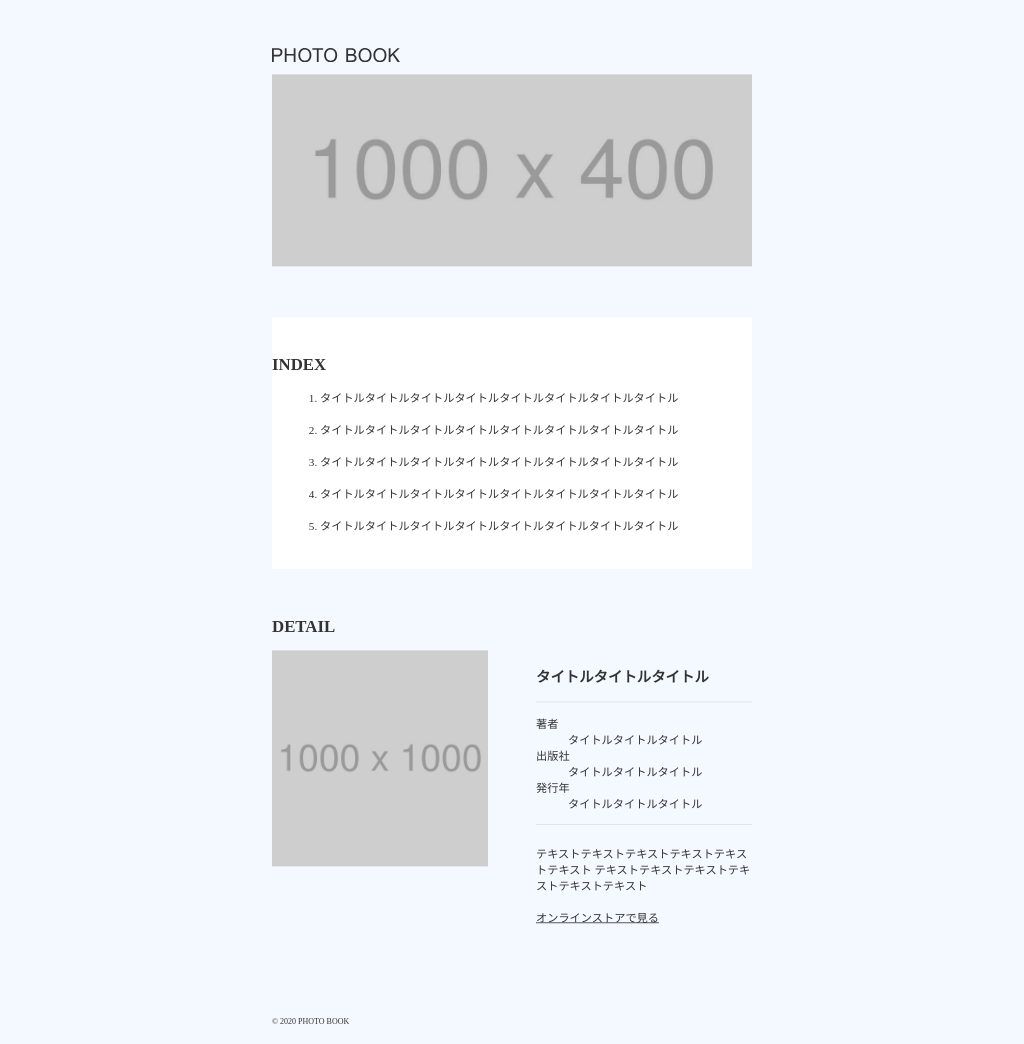
Repository: Fuki-san/photo-book-1
Page: http://localhost/photo
An editor plug-in stored every save of this project. The page is shown before and after a run of saves, followed by the edit.
The browser window is 1280 px wide. The pictures show the whole page, at 80% of full size.
The page is served by the project's Laravel application, run on PHP 8.4 with Laravel 10. Other server files are loaded and not shown.

Above is the page before, as saved 2023-11-26 17:14:34.

### routes/web.php
<?php

use Illuminate\Support\Facades\Route;

/*
|--------------------------------------------------------------------------
| Web Routes
|--------------------------------------------------------------------------
|
| Here is where you can register web routes for your application. These
| routes are loaded by the RouteServiceProvider and all of them will
| be assigned to the "web" middleware group. Make something great!
|
*/

Route::get('/', function () {
    return view('welcome');
});

Route::get('photo', function () {
    return view('photo');
});

### resources/views/photo.blade.php
@extends('layouts.main')

@section('title', 'photo')

@section('content')
    <div class="container">
        <header id="header">
            <h1 class="site-title">
                <a href="index.html"><img src="img/logo.svg" alt="PHOTO BOOK"></a>
            </h1>
        </header>

        <main>
            <div id="mainvisual">
                <img src="img/mainvisual.jpg" alt="テキストテキストテキスト">
            </div>

            <section id="index">
                <div class="inner">
                    <h2 class="section-title">INDEX</h2>
                    <ol class="index-list">
                        <li>タイトルタイトルタイトルタイトルタイトルタイトルタイトルタイトル</li>
                        <li>タイトルタイトルタイトルタイトルタイトルタイトルタイトルタイトル</li>
                        <li>タイトルタイトルタイトルタイトルタイトルタイトルタイトルタイトル</li>
                        <li>タイトルタイトルタイトルタイトルタイトルタイトルタイトルタイトル</li>
                        <li>タイトルタイトルタイトルタイトルタイトルタイトルタイトルタイトル</li>
                    </ol>
                </div>
            </section>

            <section id="detail">
                <div class="inner">
                    <h2 class="section-title">DETAIL</h2>
                    <div class="content">
                        <img class="img" src="img/detail.jpg" alt="">
                        <div class="text">
                            <p class="title">タイトルタイトルタイトル</p>
                            <dl>
                                <dt>著者</dt>
                                <dd>タイトルタイトルタイトル</dd>
                                <dt>出版社</dt>
                                <dd>タイトルタイトルタイトル</dd>
                                <dt>発行年</dt>
                                <dd>タイトルタイトルタイトル</dd>
                            </dl>
                            <p>
                                テキストテキストテキストテキストテキストテキスト
                                テキストテキストテキストテキストテキストテキスト
                            </p>
                            <a class="link" href="#" target="_blank" rel="noopener noreferrer">オンラインストアで見る</a>
                        </div>
                    </div>
                </div>
            </section>
        </main>

        <footer id="footer">
            <p class="inner">&copy; 2020 PHOTO BOOK</p>
        </footer>
    </div>
@endsection

### resources/views/layouts/main.blade.php
<!DOCTYPE html>
<html lang="ja">
<head>
    <meta charset="UTF-8">
    <meta name="viewport" content="width=device-width, initial-scale=1.0">
    <meta http-equiv="X-UA-Compatible" content="ie=edge">
    <link rel="stylesheet" href="{{ asset('css/reset.css') }}">
    <link rel="stylesheet" href="{{ asset('css/style.css') }}">
    <link rel="icon" href="img/favicon.ico">
    <title>@yield('title')</title>
</head>
<body>
    @yield('content')
</body>
</html>

### public/css/style.css
@charset "utf-8";

html{
    font-size: 100%;
}
body{
    color: #333;
    font-size: 0.875rem;
    background-color: #f4f9ff;
}
img{
    max-width: 100%;
}

.container{
    max-width: 600px;
    margin: 0 auto;
}

.inner{
    max-width: 1000px;
    margin: 0 auto;
}

.sec-title{
    font-size: 1.125rem;
    font-weight: bold;
    margin-bottom: 10px;
}

/* header */

#header{
    margin-top: 60px;
}

#header .site-title{
    width: 160px;
    line-height: 1px;
    margin-bottom: 15px;
}
#header .site-title a{
    display: block;
}
/* mainvisu */

#mainvisual{
    margin-bottom: 60px;
}

#index{
    padding: 30px 0;
    background-color: #fff;
    margin-bottom: 60px;
}
#index .index-list{
    margin-left: 20px;
}
#index .index-list li{
    margin-bottom: 20px;
}
#index .index-list li:last-child{
    margin-bottom: 0;
}

/* detaill */

#detail{
    margin-bottom: 100px;
}
#detail .content{
    display: flex;
    align-items: flex-start;
}
#detail .content .title{
    font-size: 1.125rem;
    font-weight: bold;
}
#detail .content .img{
    width: 270px;
    margin-right: 60px;
}
#detail .content .text p{
    margin-bottom: 20px;
}

#detail .content dl{
    display: flex;
    flex-wrap: wrap;
    padding: 16px 0;
    margin-bottom: 25px;
    border-top: solid 1px #dedede;
    border-bottom: solid 1px #dedede;
}
#detail .content dt{
    width: 25%;
}
#detail dd{
    width: 75%;
}
#detail .content .link{
    color: #333;
}
#detail .content .link:hover{
    opacity: 0.8;
}

#footer{
    font-size: 0.625rem;
    padding: 15px 0;
}

### public/img/logo.svg
<?xml version="1.0" encoding="utf-8"?>
<!-- Generator: Adobe Illustrator 15.1.0, SVG Export Plug-In . SVG Version: 6.00 Build 0)  -->
<!DOCTYPE svg PUBLIC "-//W3C//DTD SVG 1.1//EN" "http://www.w3.org/Graphics/SVG/1.1/DTD/svg11.dtd">
<svg version="1.1" id="レイヤー_1" xmlns="http://www.w3.org/2000/svg" xmlns:xlink="http://www.w3.org/1999/xlink" x="0px"
	 y="0px" width="1400px" height="156px" viewBox="0 0 1400 156" enable-background="new 0 0 1400 156" xml:space="preserve">
<g>
	<path fill="#333333" d="M0,152.092V2.65h56.373c9.92,0,17.498,0.477,22.731,1.428c7.34,1.223,13.49,3.552,18.451,6.982
		c4.96,3.433,8.953,8.241,11.978,14.425c3.022,6.185,4.536,12.98,4.536,20.387c0,12.709-4.043,23.463-12.129,32.264
		c-8.09,8.802-22.699,13.202-43.834,13.202h-38.33v60.754H0z M19.775,73.702h38.636c12.775,0,21.847-2.379,27.217-7.136
		c5.369-4.757,8.053-11.451,8.053-20.082c0-6.252-1.581-11.604-4.741-16.056c-3.16-4.45-7.324-7.391-12.487-8.817
		c-3.33-0.883-9.481-1.325-18.452-1.325H19.775V73.702z"/>
	<path fill="#333333" d="M139.859,152.092V2.65h19.776v61.367h77.677V2.65h19.775v149.441h-19.775V81.652h-77.677v70.439H139.859z"
		/>
	<path fill="#333333" d="M288.174,79.309c0-24.805,6.66-44.224,19.98-58.258C321.473,7.019,338.667,0,359.735,0
		c13.795,0,26.232,3.298,37.309,9.889c11.076,6.593,19.521,15.784,25.332,27.574c5.811,11.791,8.716,25.163,8.716,40.112
		c0,15.155-3.059,28.713-9.175,40.674c-6.116,11.961-14.781,21.016-25.993,27.166c-11.214,6.15-23.311,9.226-36.291,9.226
		c-14.067,0-26.641-3.398-37.717-10.194c-11.079-6.794-19.471-16.071-25.179-27.829C291.029,104.86,288.174,92.425,288.174,79.309z
		 M308.562,79.614c0,18.01,4.843,32.197,14.527,42.559c9.684,10.364,21.831,15.546,36.442,15.546
		c14.884,0,27.131-5.231,36.75-15.699c9.615-10.464,14.423-25.313,14.423-44.546c0-12.165-2.057-22.784-6.167-31.856
		c-4.112-9.071-10.126-16.106-18.043-21.101c-7.917-4.995-16.804-7.493-26.656-7.493c-14,0-26.046,4.81-36.137,14.425
		C313.608,41.065,308.562,57.121,308.562,79.614z"/>
	<path fill="#333333" d="M490.425,152.092V20.286h-49.237V2.65h118.451v17.636h-49.439v131.806H490.425z"/>
	<path fill="#333333" d="M570.14,79.309c0-24.805,6.658-44.224,19.979-58.258C603.438,7.019,620.632,0,641.7,0
		c13.794,0,26.23,3.298,37.309,9.889c11.076,6.593,19.522,15.784,25.331,27.574c5.813,11.791,8.717,25.163,8.717,40.112
		c0,15.155-3.059,28.713-9.176,40.674c-6.114,11.961-14.779,21.016-25.992,27.166s-23.311,9.226-36.291,9.226
		c-14.068,0-26.641-3.398-37.717-10.194c-11.078-6.794-19.47-16.071-25.179-27.829C572.994,104.86,570.14,92.425,570.14,79.309z
		 M590.526,79.614c0,18.01,4.843,32.197,14.527,42.559c9.685,10.364,21.83,15.546,36.442,15.546
		c14.883,0,27.132-5.231,36.748-15.699c9.615-10.464,14.424-25.313,14.424-44.546c0-12.165-2.057-22.784-6.166-31.856
		c-4.113-9.071-10.127-16.106-18.043-21.101c-7.918-4.995-16.804-7.493-26.658-7.493c-14,0-26.044,4.81-36.136,14.425
		C595.572,41.065,590.526,57.121,590.526,79.614z"/>
	<path fill="#333333" d="M812.43,152.092V2.65h56.066c11.416,0,20.573,1.514,27.472,4.537c6.896,3.024,12.3,7.68,16.209,13.966
		c3.907,6.286,5.861,12.861,5.861,19.724c0,6.39-1.732,12.404-5.198,18.044c-3.467,5.641-8.7,10.193-15.7,13.659
		c9.039,2.65,15.987,7.172,20.848,13.558c4.857,6.389,7.289,13.933,7.289,22.631c0,7-1.479,13.506-4.435,19.521
		c-2.957,6.016-6.612,10.652-10.958,13.915c-4.352,3.261-9.806,5.726-16.363,7.391c-6.558,1.666-14.593,2.497-24.106,2.497H812.43z
		 M832.206,65.444h32.313c8.768,0,15.053-0.576,18.859-1.733c5.027-1.493,8.818-3.975,11.366-7.439
		c2.548-3.468,3.822-7.815,3.822-13.049c0-4.961-1.188-9.328-3.567-13.099c-2.38-3.773-5.776-6.354-10.192-7.748
		c-4.419-1.393-11.997-2.09-22.733-2.09h-29.868V65.444z M832.206,134.457h37.208c6.386,0,10.872-0.237,13.455-0.715
		c4.552-0.814,8.358-2.173,11.417-4.077c3.058-1.901,5.571-4.672,7.544-8.308c1.971-3.634,2.956-7.832,2.956-12.589
		c0-5.571-1.428-10.414-4.281-14.526c-2.854-4.111-6.814-6.999-11.876-8.665c-5.063-1.664-12.354-2.497-21.865-2.497h-34.558
		V134.457z"/>
	<path fill="#333333" d="M946.479,79.309c0-24.805,6.659-44.224,19.979-58.258C979.776,7.019,996.972,0,1018.039,0
		c13.794,0,26.23,3.298,37.309,9.889c11.077,6.593,19.521,15.784,25.331,27.574c5.812,11.791,8.717,25.163,8.717,40.112
		c0,15.155-3.058,28.713-9.175,40.674s-14.781,21.016-25.994,27.166s-23.311,9.226-36.29,9.226
		c-14.068,0-26.641-3.398-37.717-10.194c-11.078-6.794-19.47-16.071-25.18-27.829C949.332,104.86,946.479,92.425,946.479,79.309z
		 M966.865,79.614c0,18.01,4.842,32.197,14.526,42.559c9.685,10.364,21.83,15.546,36.442,15.546
		c14.884,0,27.133-5.231,36.749-15.699c9.615-10.464,14.424-25.313,14.424-44.546c0-12.165-2.057-22.784-6.166-31.856
		c-4.113-9.071-10.127-16.106-18.044-21.101c-7.917-4.995-16.803-7.493-26.657-7.493c-14.001,0-26.044,4.81-36.136,14.425
		C971.91,41.065,966.865,57.121,966.865,79.614z"/>
	<path fill="#333333" d="M1108.865,79.309c0-24.805,6.66-44.224,19.979-58.258C1142.163,7.019,1159.357,0,1180.426,0
		c13.794,0,26.23,3.298,37.31,9.889c11.076,6.593,19.521,15.784,25.332,27.574c5.811,11.791,8.715,25.163,8.715,40.112
		c0,15.155-3.059,28.713-9.175,40.674c-6.115,11.961-14.779,21.016-25.993,27.166s-23.312,9.226-36.29,9.226
		c-14.068,0-26.642-3.398-37.719-10.194c-11.078-6.794-19.469-16.071-25.177-27.829
		C1111.719,104.86,1108.865,92.425,1108.865,79.309z M1129.254,79.614c0,18.01,4.842,32.197,14.525,42.559
		c9.684,10.364,21.831,15.546,36.442,15.546c14.882,0,27.131-5.231,36.749-15.699c9.615-10.464,14.424-25.313,14.424-44.546
		c0-12.165-2.057-22.784-6.167-31.856c-4.113-9.071-10.127-16.106-18.043-21.101c-7.917-4.995-16.804-7.493-26.658-7.493
		c-13.999,0-26.044,4.81-36.135,14.425C1134.298,41.065,1129.254,57.121,1129.254,79.614z"/>
	<path fill="#333333" d="M1276.45,152.092V2.65h19.776V76.76l74.211-74.109h26.81l-62.691,60.552l65.444,88.89h-26.096
		l-53.213-75.638l-24.465,23.854v51.784H1276.45z"/>
</g>
</svg>

After the next 2 saves:
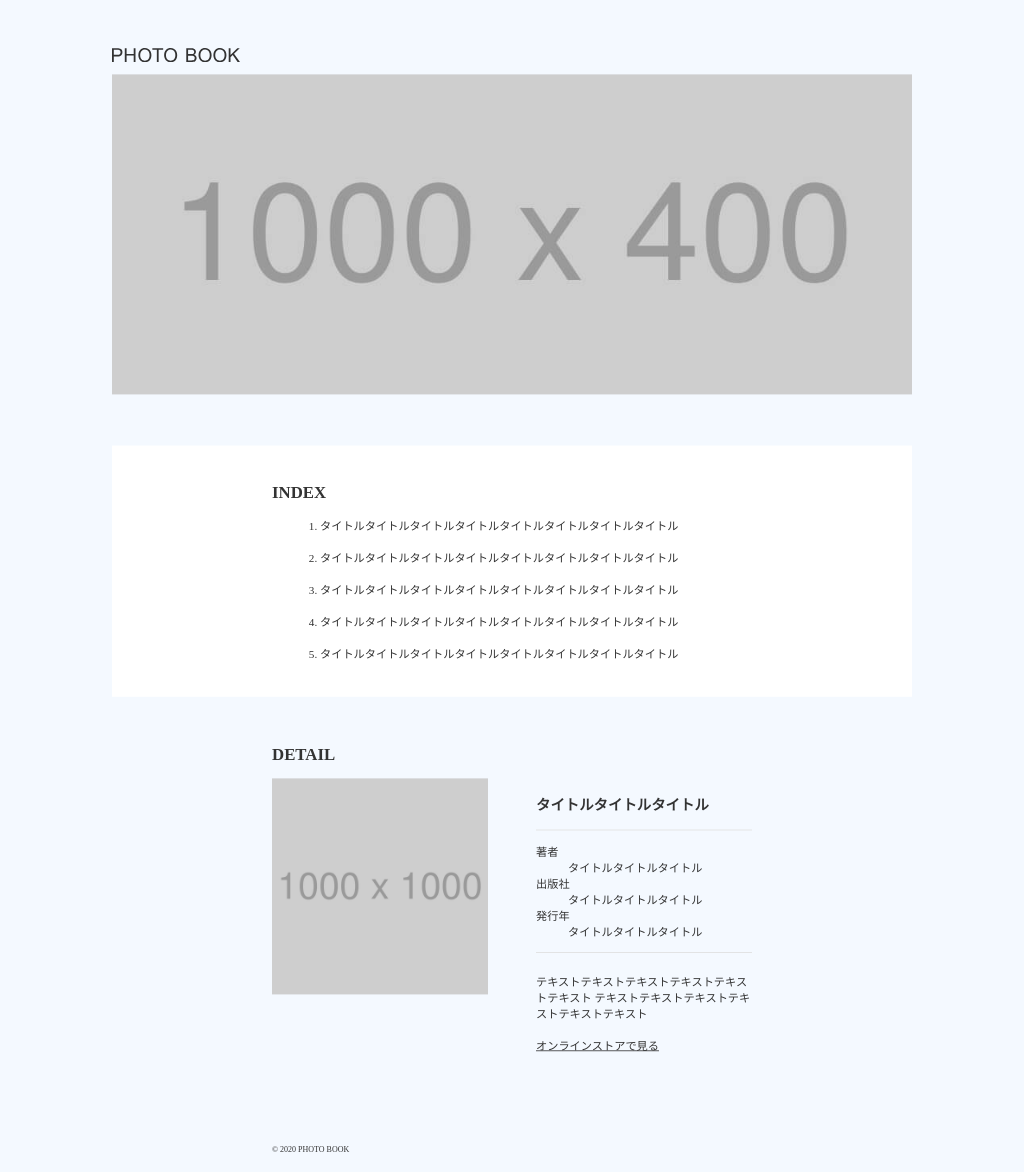
The 2 saves are shown as one change because they came seconds apart.
The last was saved 7 s later.
--- a/public/css/style.css
+++ b/public/css/style.css
@@ -13,12 +13,12 @@ img{
 }
 
 .container{
-    max-width: 600px;
+    max-width: 1000px;
     margin: 0 auto;
 }
 
 .inner{
-    max-width: 1000px;
+    max-width: 600px;
     margin: 0 auto;
 }
 
